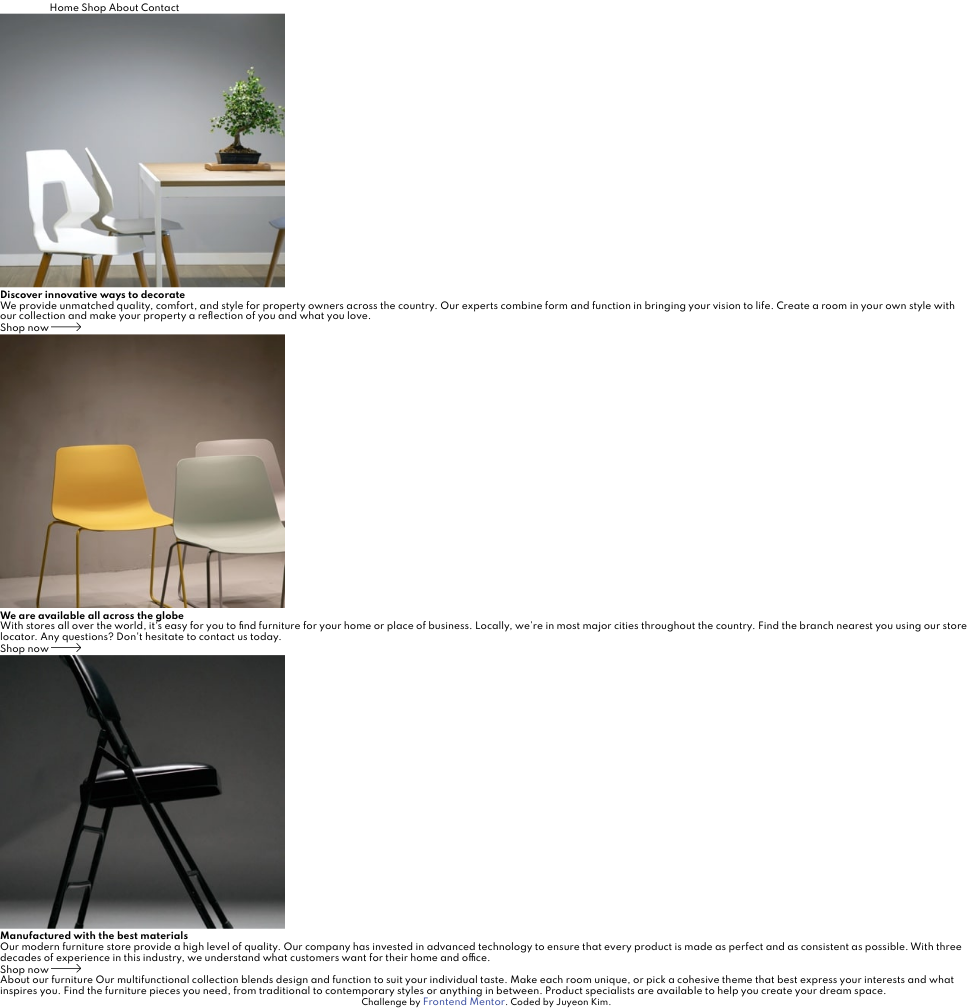
Repository: Jay-JYKim91/room-homepage-master
Page: index.html
These files come from the project's save history. The page is drawn as it stood at one moment and after the next save; the edit follows.
The browser window is 1280 px wide. The pictures show the whole page, at 76% of full size.

Above is the page before, as saved 2021-07-11 21:48:45.

After the next save:
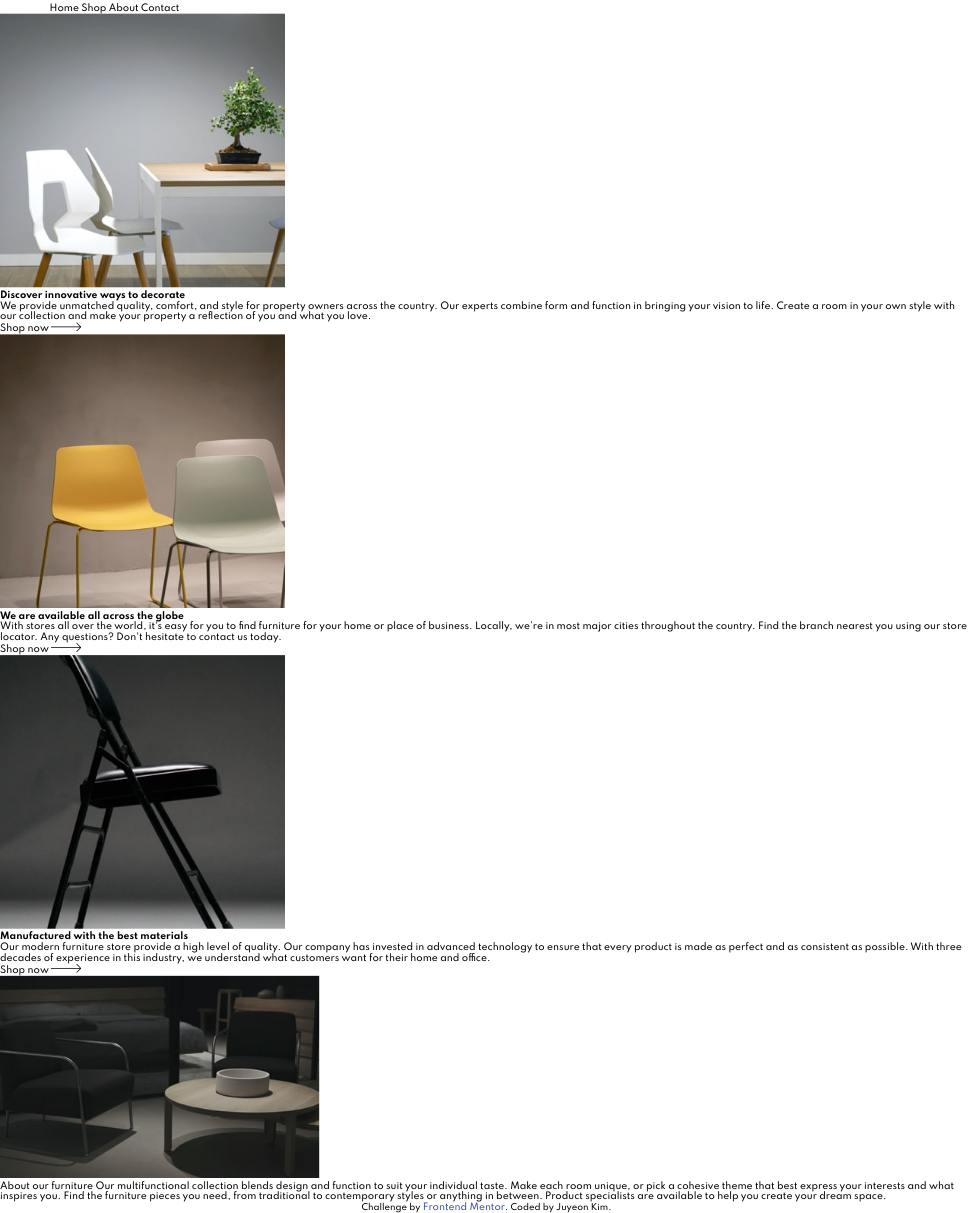
Saved 85 s later.
--- a/index.html
+++ b/index.html
@@ -71,6 +71,12 @@
         </a>
       </div>
     </div>
+    <div class="bottom">
+      <div class="box-sm">
+        <img src="./images/image-about-dark.jpg" alt="dark-image">
+      </div>
+    </div>
+
 
   </body>
 
